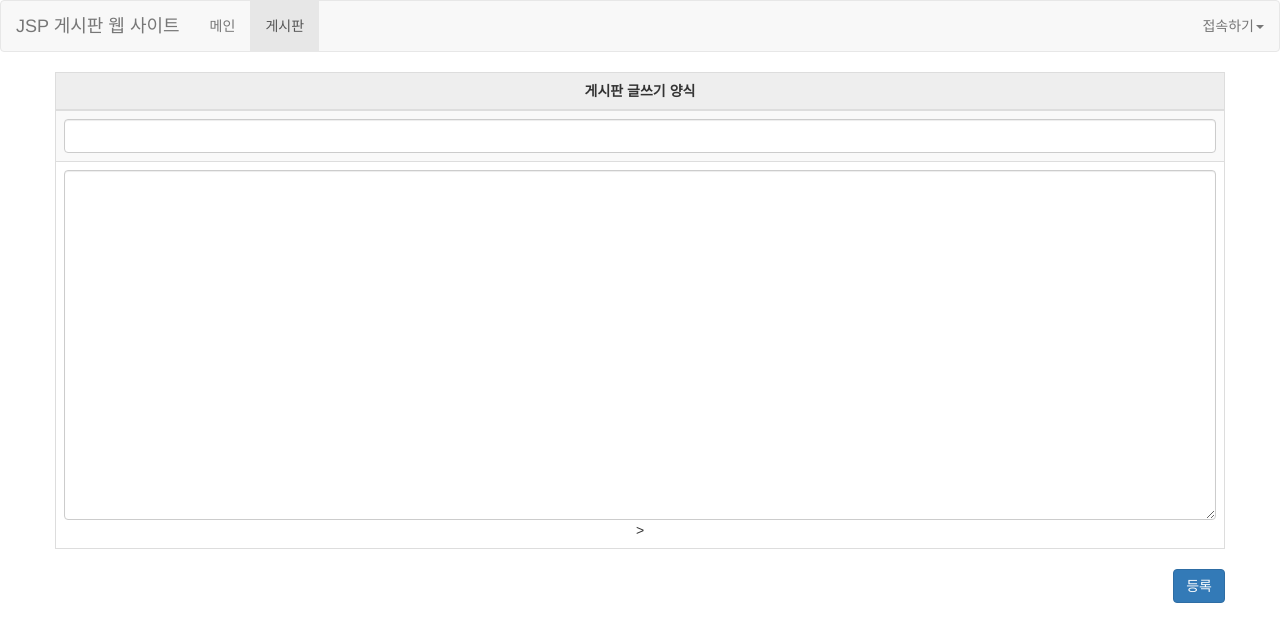
Repository: flown222/JSP_BasicWebsite_Project
Page: http://localhost/BBS/write.jsp
An editor plug-in stored every save of this project. The page is shown before and after the next save, followed by the edit.
The browser window is 1280 px wide. The pictures show the whole page.
The page is served by Tomcat 9.

Above is the page before, as saved 2022-08-21 07:29:26.

After the next save:
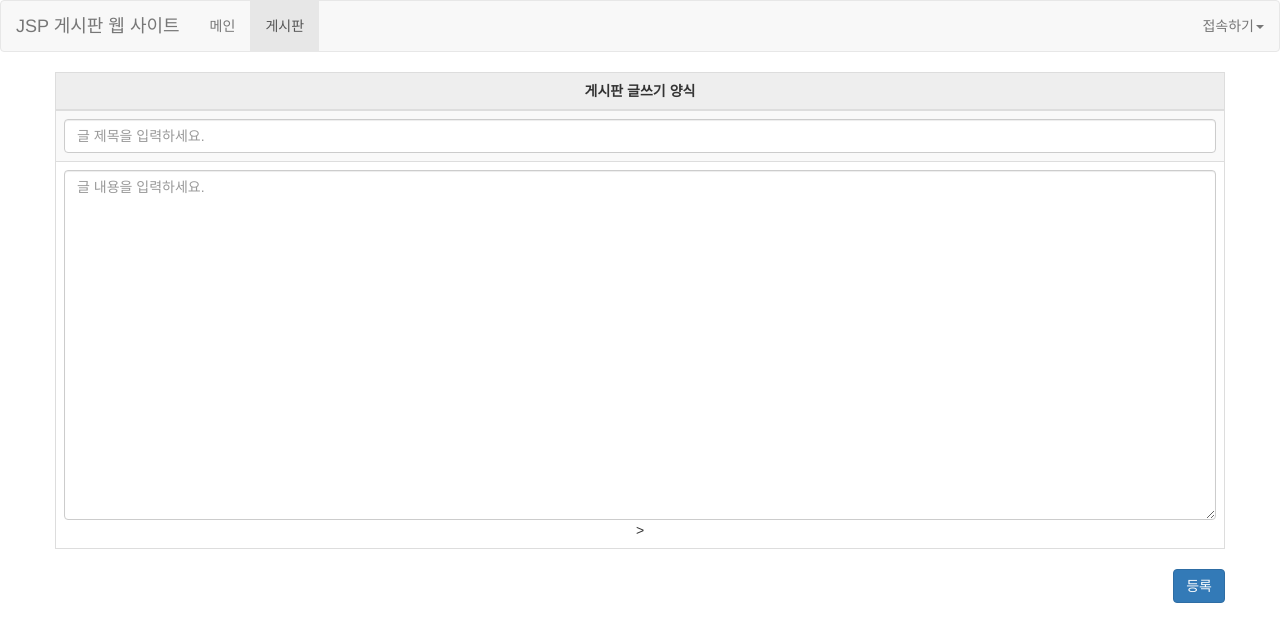
Saved 36 s later.
--- a/projects /BBS/src/main/webapp/write.jsp
+++ b/projects /BBS/src/main/webapp/write.jsp
@@ -79,11 +79,11 @@
 					</thead>
 					<tbody>
 						<tr>
-							<td><input type="text" class="form-control" placeholer="글 제목"
+							<td><input type="text" class="form-control" placeholder="글 제목을 입력하세요."
 							name="bbsTitle" maxlength="50"></td>
 						</tr>
 						<tr>
-							<td><textarea class="form-control" placeholer="글 내용을 입력하세요."
+							<td><textarea class="form-control" placeholder="글 내용을 입력하세요."
 							name="bbsContent" maxlength="2048" style= "height: 350px; "></textarea>></td>
 						</tr>
 					</tbody>
